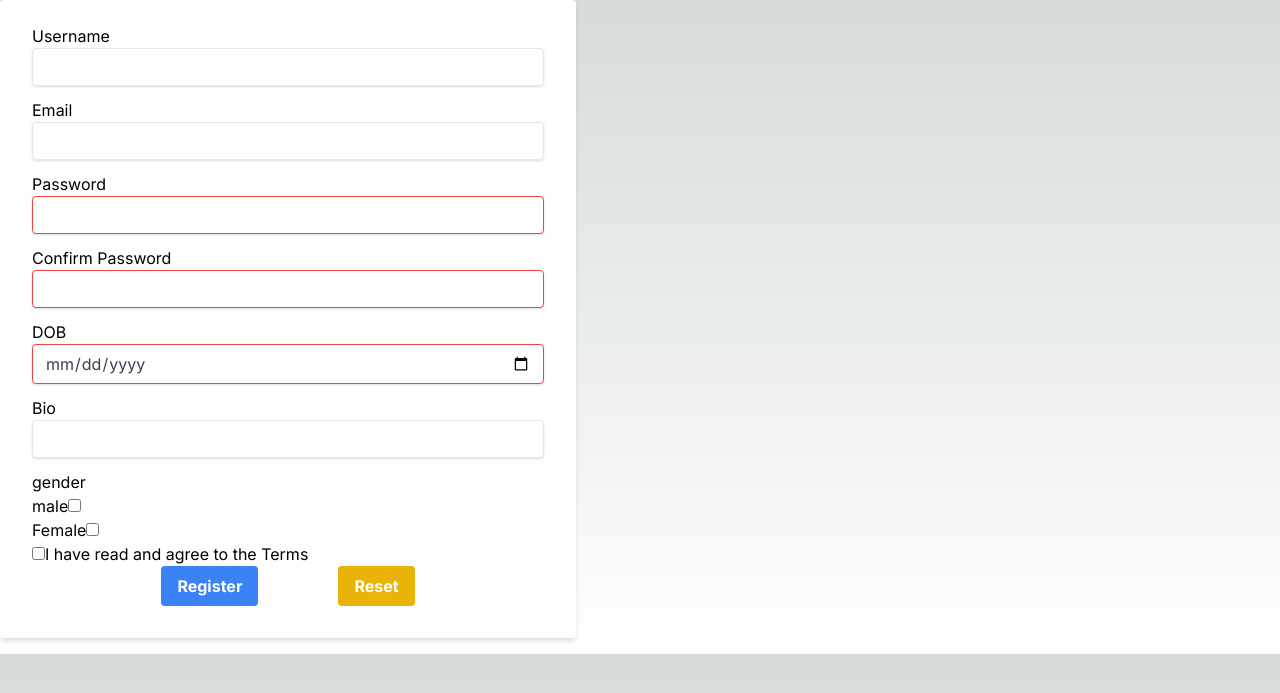
Repository: uh-sman/tiktok-card
Page: /
An editor plug-in stored every save of this project. The page is shown before and after the next save, followed by the edit.
The browser window is 1280 px wide. The pictures show the whole page.
The project was rebuilt for these pictures with package versions that can differ from the ones it lists, and the page was loaded fresh each time. The framework's server and built-in components were replaced by stand-ins that run in the browser. Also part of the build but not shown: next.config.js.

Above is the page before, as saved 2023-12-19 14:20:13.

### app/page.tsx
'use client'
// import Input from "./components/Input";
import { FieldValues, SubmitHandler, useForm } from "react-hook-form";
import AuthForm from "./components/AuthForm";
type FormValues = {
  name: string,
      email: string,
      password: string,
      confirmPassword: string,
      DateOfBirth: string,
      Bio: string,
      gender: string,
      termsAndConditions: string
}

export default function Home() {
  return (
    <div>
      <AuthForm />
    </div>
  )
}



{/* <form class="max-w-sm mx-auto">
  <div class="mb-5">
    <label for="email" class="block mb-2 text-sm font-medium text-gray-900 dark:text-white">Your email</label>
    <input type="email" id="email" class="bg-gray-50 border border-gray-300 text-gray-900 text-sm rounded-lg focus:ring-blue-500 focus:border-blue-500 block w-full p-2.5 dark:bg-gray-700 dark:border-gray-600 dark:placeholder-gray-400 dark:text-white dark:focus:ring-blue-500 dark:focus:border-blue-500" placeholder="name@flowbite.com" required>
  </div>
  <div class="mb-5">
    <label for="password" class="block mb-2 text-sm font-medium text-gray-900 dark:text-white">Your password</label>
    <input type="password" id="password" class="bg-gray-50 border border-gray-300 text-gray-900 text-sm rounded-lg focus:ring-blue-500 focus:border-blue-500 block w-full p-2.5 dark:bg-gray-700 dark:border-gray-600 dark:placeholder-gray-400 dark:text-white dark:focus:ring-blue-500 dark:focus:border-blue-500" required>
  </div>
  <div class="flex items-start mb-5">
    <div class="flex items-center h-5">
      <input id="remember" type="checkbox" value="" class="w-4 h-4 border border-gray-300 rounded bg-gray-50 focus:ring-3 focus:ring-blue-300 dark:bg-gray-700 dark:border-gray-600 dark:focus:ring-blue-600 dark:ring-offset-gray-800 dark:focus:ring-offset-gray-800" required>
    </div>
    <label for="remember" class="ms-2 text-sm font-medium text-gray-900 dark:text-gray-300">Remember me</label>
  </div>
  <button type="submit" class="text-white bg-blue-700 hover:bg-blue-800 focus:ring-4 focus:outline-none focus:ring-blue-300 font-medium rounded-lg text-sm w-full sm:w-auto px-5 py-2.5 text-center dark:bg-blue-600 dark:hover:bg-blue-700 dark:focus:ring-blue-800">Submit</button>
</form> */}

### app/components/AuthForm.tsx
import React from "react";
import { useForm } from "react-hook-form";
// the type of data
type UserSubmitForm = {
    username: string;
    email: string;
    password: string;
    confirmPassword: string;
    acceptTerms: boolean;
    male:boolean;
    female:boolean;
    Bio:string;
    DateOfBirth: number
  };
const AuthForm: React.FC = () => {
    // using the useForm hook from the react-hook-form package
    const {register,handleSubmit, reset} = useForm<UserSubmitForm>()
    // the onSubmit handler
    const onSubmit = (data: UserSubmitForm) => {
        console.log(data)
    }
    return (
        <div className="w-full max-w-xl">
        <form className="bg-white shadow-md rounded px-8 pt-6 pb-8 mb-4" onSubmit={handleSubmit(onSubmit)}>
          <div className="flex flex-col">
            <label>Username</label>
            <input
            className="shadow appearance-none border rounded w-full py-2 px-3 text-gray-700 mb-3 leading-tight focus:outline-none focus:shadow-outline"
              type="text"
            //   using the hook to handle form state
              {...register('username')}
            />
            <div className="invalid-feedback">
                </div>
          </div>

          <div className="flex flex-col">
            <label>Email</label>
            <input
            className="shadow appearance-none border rounded w-full py-2 px-3 text-gray-700 mb-3 leading-tight focus:outline-none focus:shadow-outline"
              type="text"
              {...register('email')}
            />
            <div className="invalid-feedback">
                </div>
          </div>

          <div className="flex flex-col">
            <label>Password</label>
            <input
            className="shadow appearance-none border border-red-500 rounded w-full py-2 px-3 text-gray-700 mb-3 leading-tight focus:outline-none focus:shadow-outline"
              type="password"
              {...register('password')}
            />
            <div className="invalid-feedback">
                </div>
          </div>
          <div className="flex flex-col">
            <label>Confirm Password</label>
            <input
            className="shadow appearance-none border border-red-500 rounded w-full py-2 px-3 text-gray-700 mb-3 leading-tight focus:outline-none focus:shadow-outline"
              type="password"
              {...register('confirmPassword')}
            />
            <div className="invalid-feedback">
            </div>
          </div>
          <div className="flex flex-col">
            <label>DOB</label>
            <input
            className="shadow appearance-none border border-red-500 rounded w-full py-2 px-3 text-gray-700 mb-3 leading-tight focus:outline-none focus:shadow-outline"
              type="date"
              {...register('DateOfBirth')}
            />
            <div className="invalid-feedback">
            </div>
          </div>
          <div className="flex flex-col">
            <label>Bio</label>
            <input
            className="shadow appearance-none border rounded w-full py-2 px-3 text-gray-700 mb-3 leading-tight focus:outline-none focus:shadow-outline"
              type="text"
              {...register('Bio')}
            />
            <div className="invalid-feedback">
            </div>
          </div>

          <div className="">
          <label htmlFor="gender" className="font-md">
              gender
            </label>
            <div className="">
                <label htmlFor="Male">male</label>
            <input
              type="checkbox"
              {...register('male')}
            />

            </div>
            <div className="">
                <label htmlFor="Female">Female</label>
            <input
              type="checkbox"
              {...register('female')}
            />
            </div>
            <div className="invalid-feedback">
                </div>
          </div>
          <div className="">
            <input
              type="checkbox"
              {...register('acceptTerms')}
            />
            <label htmlFor="acceptTerms" className="form-check-label">
              I have read and agree to the Terms
            </label>
            <div className="invalid-feedback">
                </div>
          </div>

          <div className="flex justify-center gap-20">
            <button type="submit" className="bg-blue-500 hover:bg-blue-700 text-white font-bold py-2 px-4 rounded focus:outline-none focus:shadow-outline">
              Register
            </button>
            <button
              type="button"
              onClick={() => reset()}
              className="bg-yellow-500 hover:bg-yellow-700 text-white font-bold py-2 px-4 rounded focus:outline-none focus:shadow-outline"
            >
              Reset
            </button>
          </div>
        </form>
      </div>
    )
}

export default AuthForm;

Loaded but not shown: app/layout.tsx (common file); app/globals.css (common file); tailwind.config.ts (common file)

After the next save:
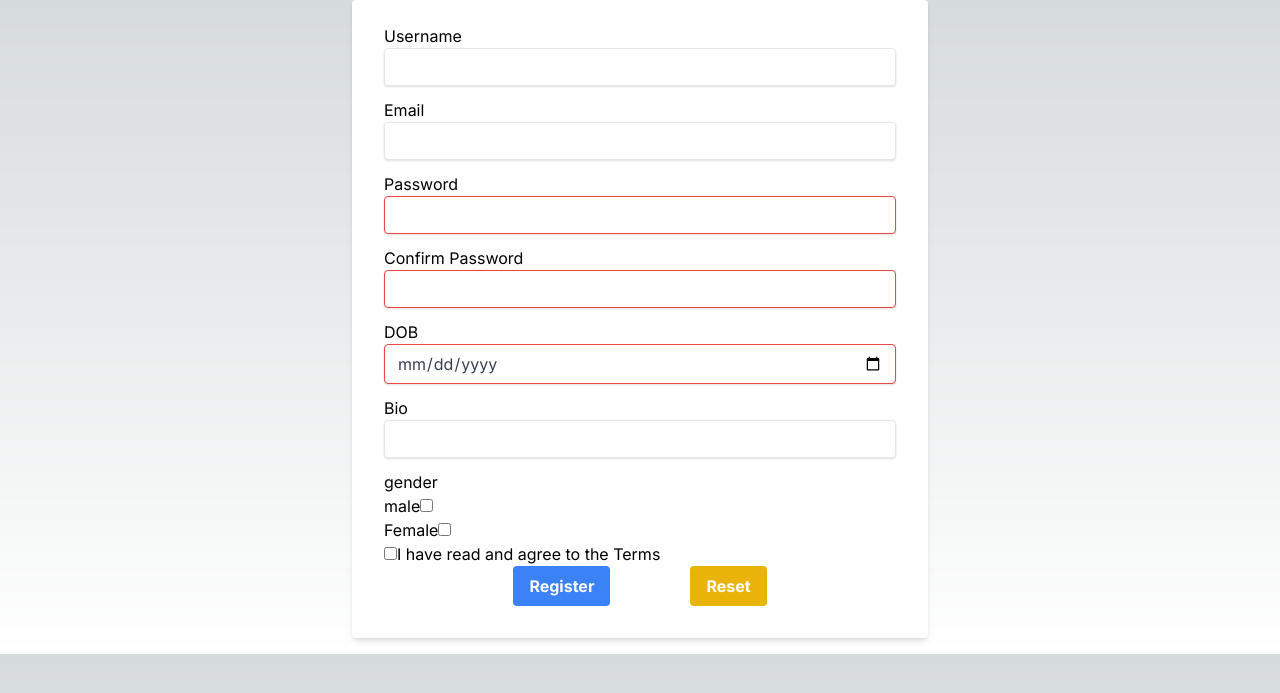
Saved 79 s later.
--- a/app/components/AuthForm.tsx
+++ b/app/components/AuthForm.tsx
@@ -20,7 +20,8 @@ const AuthForm: React.FC = () => {
         console.log(data)
     }
     return (
-        <div className="w-full max-w-xl">
+        <div className="flex justify-center">
+            <div className="w-full max-w-xl">
         <form className="bg-white shadow-md rounded px-8 pt-6 pb-8 mb-4" onSubmit={handleSubmit(onSubmit)}>
           <div className="flex flex-col">
             <label>Username</label>
@@ -28,7 +29,7 @@ const AuthForm: React.FC = () => {
             className="shadow appearance-none border rounded w-full py-2 px-3 text-gray-700 mb-3 leading-tight focus:outline-none focus:shadow-outline"
               type="text"
             //   using the hook to handle form state
-              {...register('username')}
+            {...register('username')}
             />
             <div className="invalid-feedback">
                 </div>
@@ -38,8 +39,8 @@ const AuthForm: React.FC = () => {
             <label>Email</label>
             <input
             className="shadow appearance-none border rounded w-full py-2 px-3 text-gray-700 mb-3 leading-tight focus:outline-none focus:shadow-outline"
-              type="text"
-              {...register('email')}
+            type="text"
+            {...register('email')}
             />
             <div className="invalid-feedback">
                 </div>
@@ -49,8 +50,8 @@ const AuthForm: React.FC = () => {
             <label>Password</label>
             <input
             className="shadow appearance-none border border-red-500 rounded w-full py-2 px-3 text-gray-700 mb-3 leading-tight focus:outline-none focus:shadow-outline"
-              type="password"
-              {...register('password')}
+            type="password"
+            {...register('password')}
             />
             <div className="invalid-feedback">
                 </div>
@@ -79,8 +80,8 @@ const AuthForm: React.FC = () => {
             <label>Bio</label>
             <input
             className="shadow appearance-none border rounded w-full py-2 px-3 text-gray-700 mb-3 leading-tight focus:outline-none focus:shadow-outline"
-              type="text"
-              {...register('Bio')}
+            type="text"
+            {...register('Bio')}
             />
             <div className="invalid-feedback">
             </div>
@@ -95,7 +96,7 @@ const AuthForm: React.FC = () => {
             <input
               type="checkbox"
               {...register('male')}
-            />
+              />
 
             </div>
             <div className="">
@@ -103,7 +104,7 @@ const AuthForm: React.FC = () => {
             <input
               type="checkbox"
               {...register('female')}
-            />
+              />
             </div>
             <div className="invalid-feedback">
                 </div>
@@ -112,7 +113,7 @@ const AuthForm: React.FC = () => {
             <input
               type="checkbox"
               {...register('acceptTerms')}
-            />
+              />
             <label htmlFor="acceptTerms" className="form-check-label">
               I have read and agree to the Terms
             </label>
@@ -128,11 +129,12 @@ const AuthForm: React.FC = () => {
               type="button"
               onClick={() => reset()}
               className="bg-yellow-500 hover:bg-yellow-700 text-white font-bold py-2 px-4 rounded focus:outline-none focus:shadow-outline"
-            >
+              >
               Reset
             </button>
           </div>
         </form>
+        </div>
       </div>
     )
 }
